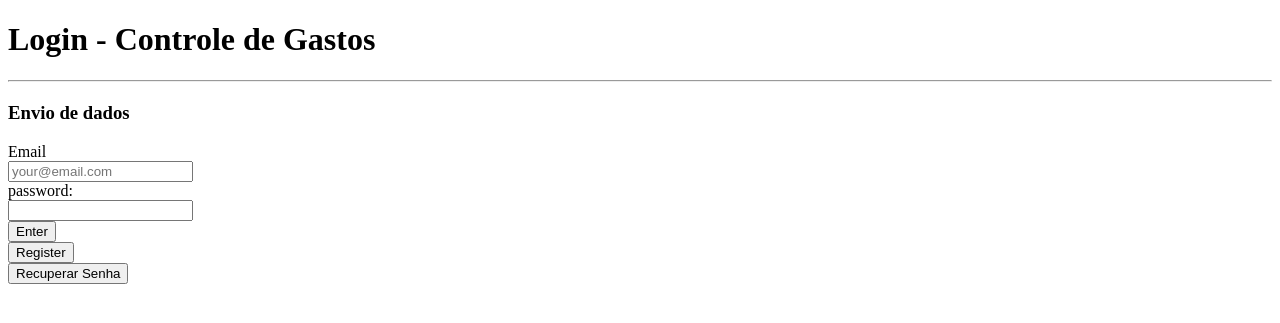
Repository: MarcioFreitasUFSC21/FrontEnd-part-1
Page: index.html
An editor plug-in stored every save of this project. The page is shown before and after the next save, followed by the edit.
The browser window is 1280 px wide. The pictures show the whole page.

Above is the page before, as saved 2023-04-22 20:01:46.

### index.html
<!DOCTYPE html>
<html lang="pt-br>
<head>
    <meta charset="UTF-8">
    <meta http-equiv="X-UA-Compatible" content="IE=edge">
    <meta name="viewport" content="width=device-width, initial-scale=1.0">
    <title>Controle Gastos</title>
    <link rel = "stylesheets" href = "style.css">
</head>
<body>
    <h1> Login - Controle de Gastos </h1>
    <hr>
    <form>
            <h2>
                <h3> Envio de dados</h3>
                    <div>
                        <label type = "email"> Email </label> <br>
                        <input type = "email" placeholder="your@email.com" ></input>
                            <div>
                               <label type = "password"> password: </label>
                            </div>
                            <div>
                               <input type = "password"> </input>
                            </div>
                     <div>
                         <button type = "button" action = "save" onclick="alert('exemple')"> Enter</button>
                      </div>
                    <div>
                      <button  type = "button  class = "solid">Register</button>
                    </div>
                    <div>
                       <button type = "button" class = "outline">Recuperar Senha</button>
                    </div>
            </h2>
    </form>
</body>
</html>

After the next save:
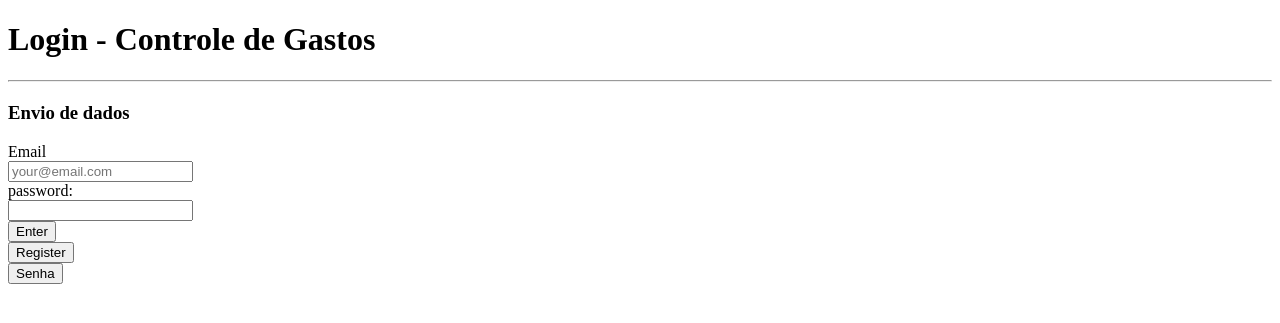
Saved 16 s later.
--- a/index.html
+++ b/index.html
@@ -29,7 +29,7 @@
                       <button  type = "button  class = "solid">Register</button>
                     </div>
                     <div>
-                       <button type = "button" class = "outline">Recuperar Senha</button>
+                       <button type = "button" class = "outline">  Senha</button>
                     </div>
             </h2>
     </form>

After the save that followed:
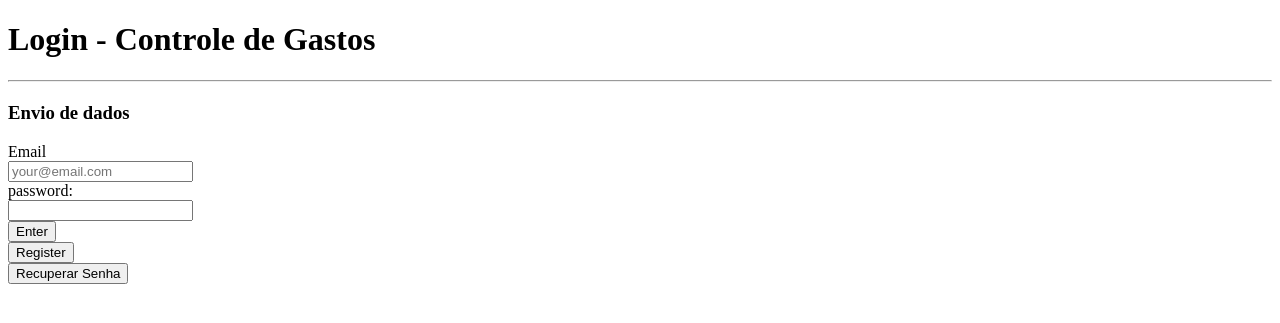
Saved 4 s later.
--- a/index.html
+++ b/index.html
@@ -29,7 +29,7 @@
                       <button  type = "button  class = "solid">Register</button>
                     </div>
                     <div>
-                       <button type = "button" class = "outline">  Senha</button>
+                       <button type = "button" class = "outline"> Recuperar Senha</button>
                     </div>
             </h2>
     </form>
